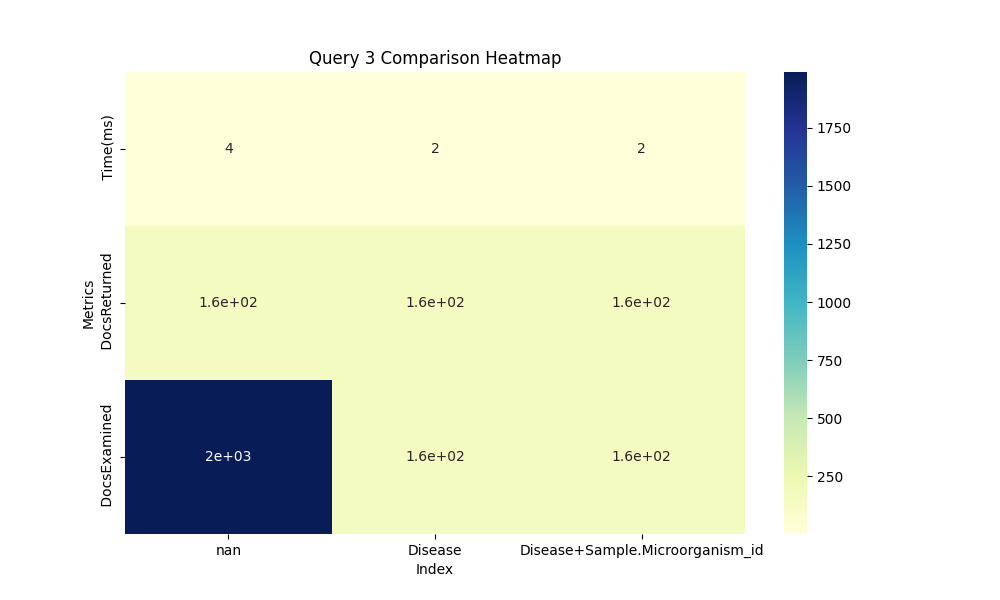
Repository: MarioPasc/Base-de-Datos-Microbiomas
Script's output: python src/mongodb_performance_analysis.py
An editor plug-in stored every save of this project. The script's output is shown before and after the next save, followed by the edit.
Random numbers start from a fixed seed.

Above is the script's output before, as saved 2024-06-03 19:11:59.

After the next save:
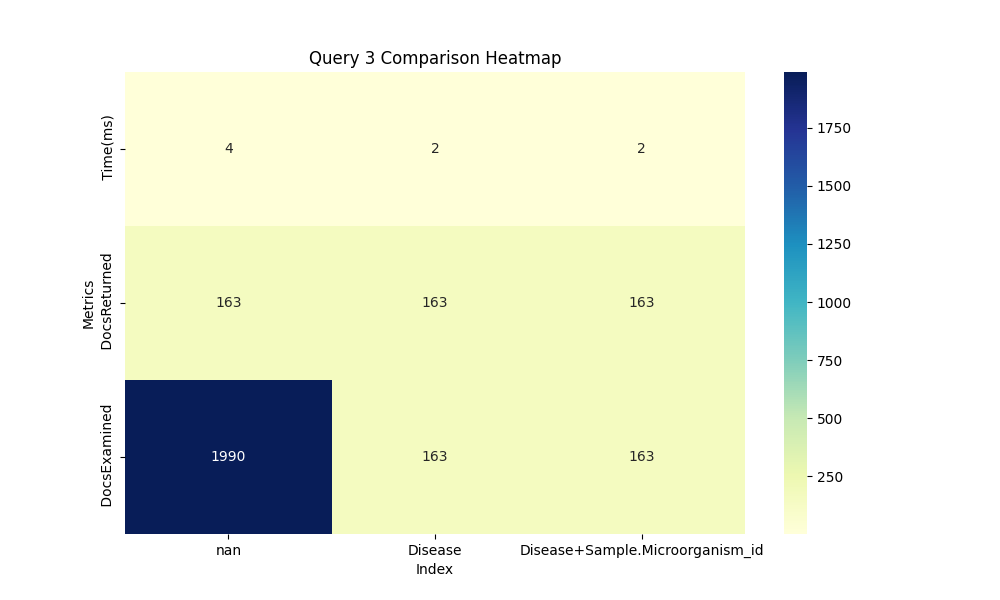
Saved 29 s later.
--- a/src/mongodb_performance_analysis.py
+++ b/src/mongodb_performance_analysis.py
@@ -181,7 +181,7 @@ def comparison_heatmap(comparison_file_path):
 
     # Plotting the heatmap
     plt.figure(figsize=(10, 6))
-    sns.heatmap(heatmap_data.T, annot=True, cmap='YlGnBu', cbar=True)
+    sns.heatmap(heatmap_data.T, annot=True, fmt='g', cmap='YlGnBu', cbar=True)
     plt.title('Query 3 Comparison Heatmap')
     plt.xlabel('Index')
     plt.ylabel('Metrics')
